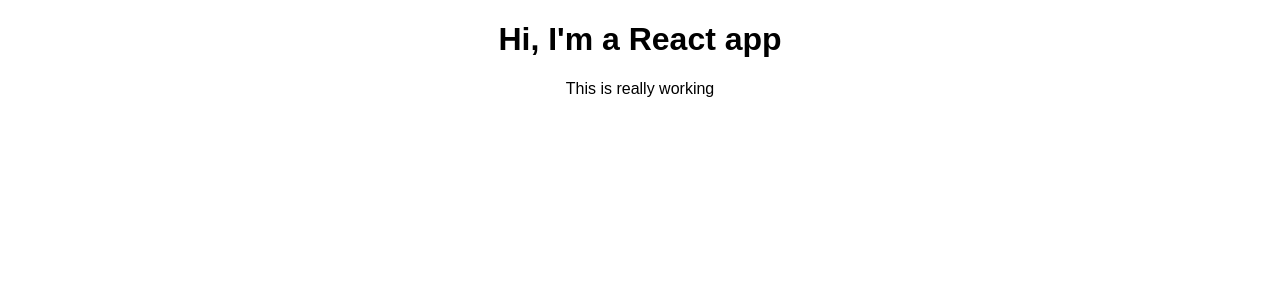
Repository: cristinadoroftei/FirstReactProject
Page: /
An editor plug-in stored every save of this project. The page is shown before and after a run of saves, followed by the edit.
The browser window is 1280 px wide. The pictures show the whole page.
The project was rebuilt for these pictures with package versions that can differ from the ones it lists, and the page was loaded fresh each time.

Above is the page before, as saved 2020-07-08 09:29:09.

After the next 4 saves:
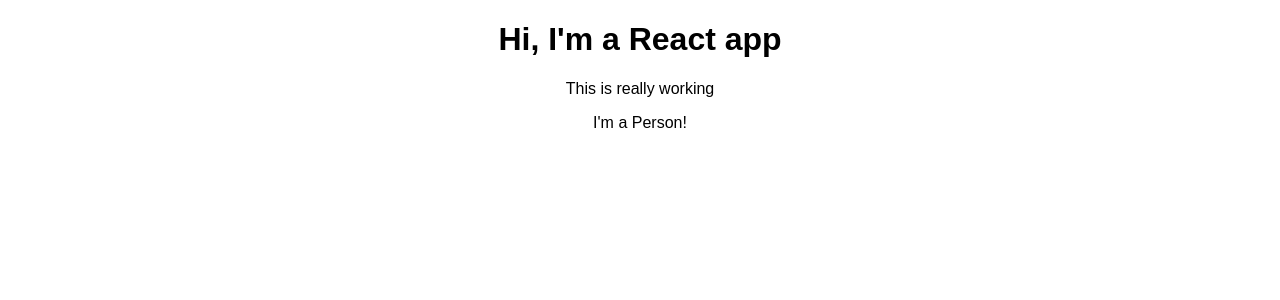
The 4 saves are shown as one change because 1 did not build or start and some came seconds apart.
The last was saved 2 min 26 s later.
--- a/src/App.js
+++ b/src/App.js
@@ -10,7 +10,7 @@ class App extends Component {
       <div className="App">
         <h1>Hi, I'm a React app</h1>
         <p>This is really working</p>
-
+        <Person />
       </div>
     );
     // return React.createElement('div', null, React.createElement('h1', {className: 'App'}, 'Hi, Im a react app!') )
